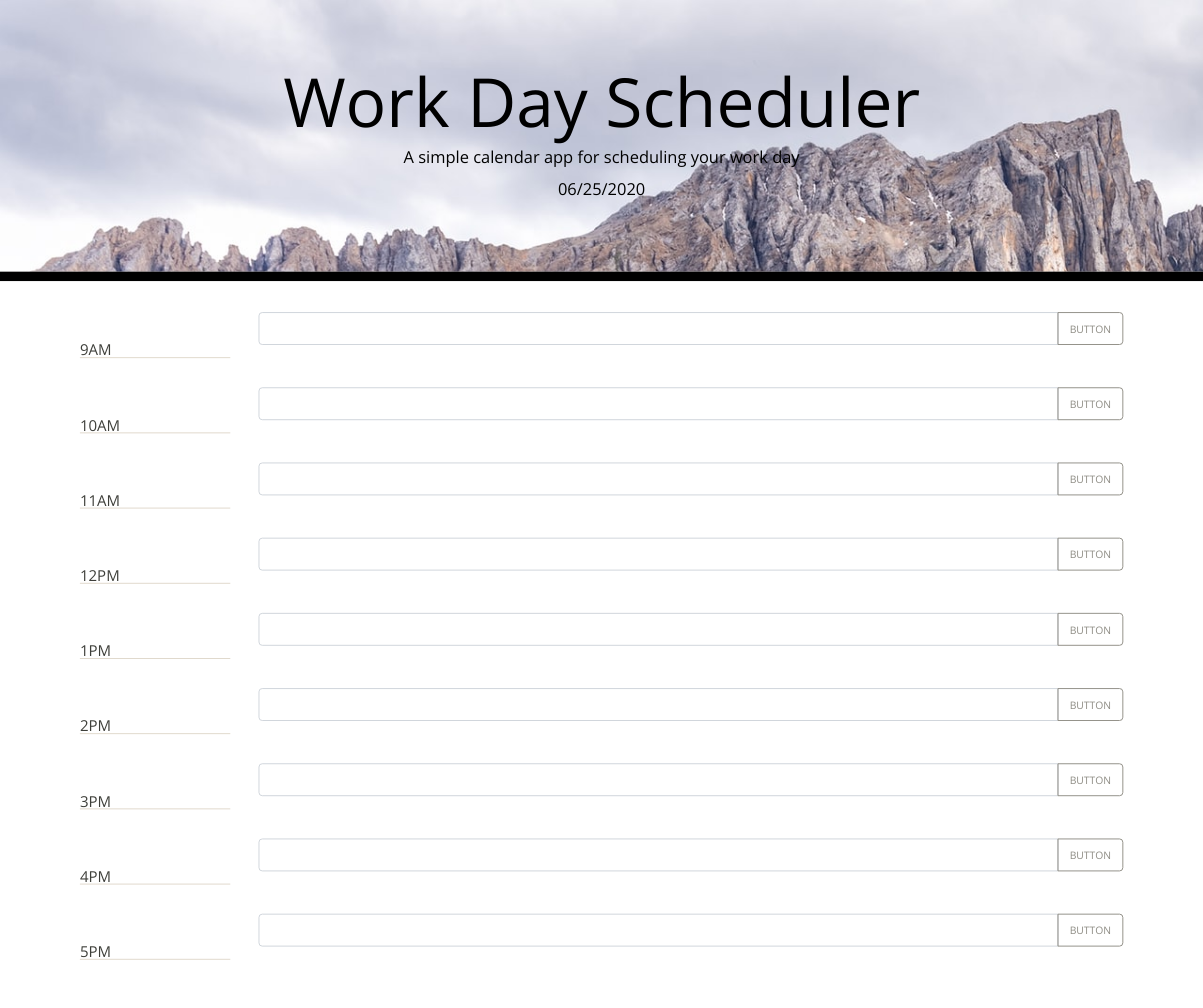
Repository: himaja830/Day-Planner
Page: Develop/index.html
An editor plug-in stored every save of this project. The page is shown before and after a run of saves, followed by the edit.
The browser window is 1280 px wide. The pictures show the whole page, at 94% of full size.
Some web libraries are served in a nearby version.

Above is the page before, as saved 2020-06-25 15:47:10.

After the next 2 saves:
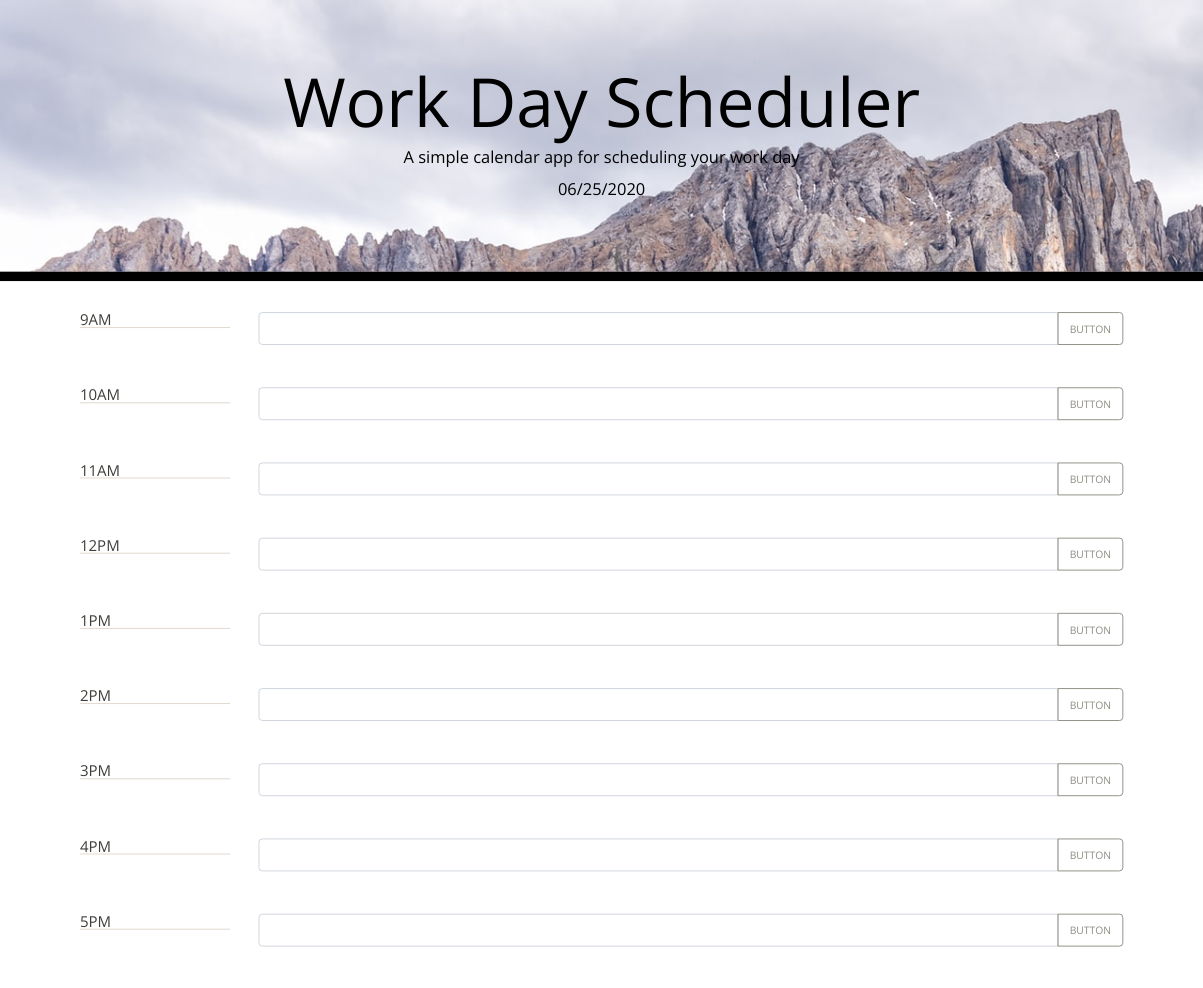
The 2 saves are shown as one change because they came seconds apart.
The last was saved 13 min 43 s later.
--- a/Develop/style.css
+++ b/Develop/style.css
@@ -34,7 +34,6 @@ textarea{
 }
 
 .row {
-  white-space: pre-wrap;
   height: 80px;
   border-top: 1px solid white;;
 }
